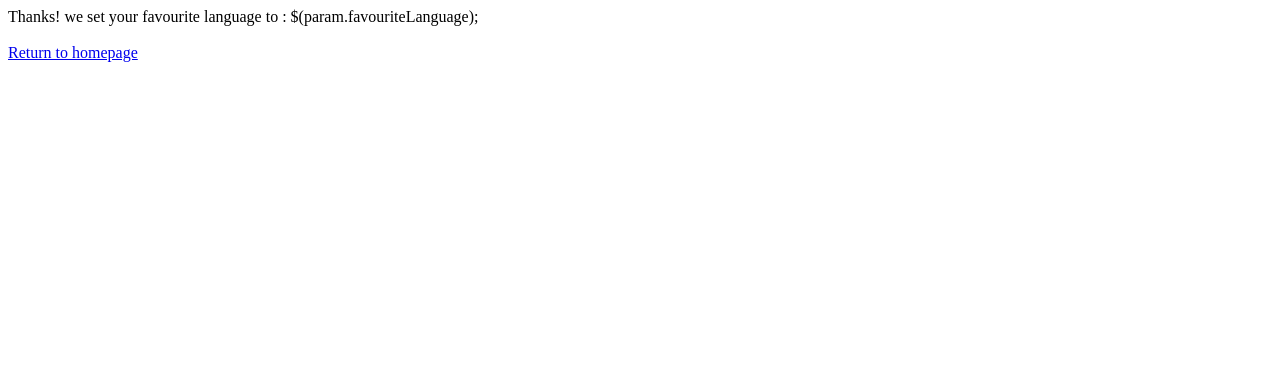
Repository: rohanbhavare1234/BikeServiceWorkspace
Page: http://localhost/jspdemo/cookies-personalize-response.jsp
The author's editor kept a copy of each file at every save. The page is drawn from the files as they stood at one save, then again after the next save.
The browser window is 1280 px wide. The pictures show the whole page.
The page is served by Tomcat 9. Other server files are loaded and not shown.

Above is the page before, as saved 2023-04-10 18:48:44.

### eclipse-workspace/jspdemo/WebContent/cookies-personalize-response.jsp
<html>
<head><title>Confirmation</title></head>

<%
	String favLang=request.getParameter("favLanguage");

	Cookie theCookie= new Cookie("myApp.favouriteLanguage",favLang);

	theCookie.setMaxAge(60*60*24*365);

	response.addCookie(theCookie);
%>
<body>
	Thanks! we set your favourite language to : $(param.favouriteLanguage);

	<br/><br/>

	<a href="cookies-homepage.jsp">Return to homepage</a>
</body>
</html>

After the next save:
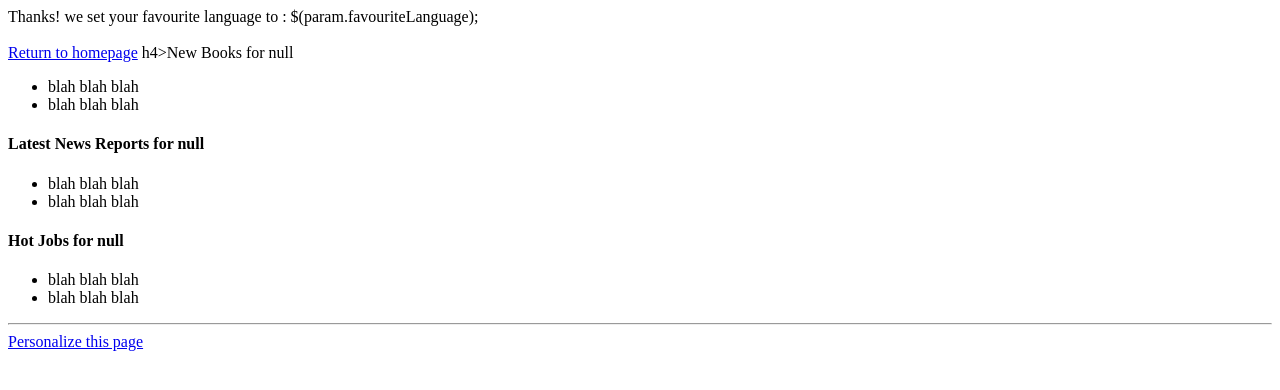
Saved 11 s later.
--- a/eclipse-workspace/jspdemo/WebContent/cookies-personalize-response.jsp
+++ b/eclipse-workspace/jspdemo/WebContent/cookies-personalize-response.jsp
@@ -4,7 +4,7 @@
 <%
 	String favLang=request.getParameter("favLanguage");
 
-	Cookie theCookie= new Cookie("myApp.favouriteLanguage",favLang);
+	Cookie theCookie=new Cookie("myApp.favouriteLanguage",favLang);
 
 	theCookie.setMaxAge(60*60*24*365);
 
@@ -17,4 +17,24 @@
 
 	<a href="cookies-homepage.jsp">Return to homepage</a>
 </body>
+h4>New Books for <%= favLang %></h4>
+<ul>
+	<li>blah blah blah</li>
+	<li>blah blah blah</li>
+</ul>
+
+<h4>Latest News Reports for <%= favLang %></h4>
+<ul>
+	<li>blah blah blah</li>
+	<li>blah blah blah</li>
+</ul>
+
+<h4>Hot Jobs for <%= favLang %></h4>
+<ul>
+	<li>blah blah blah</li>
+	<li>blah blah blah</li>
+</ul>
+
+<hr>
+<a href="cookies-personalize-form.html">Personalize this page</a>
 </html>
